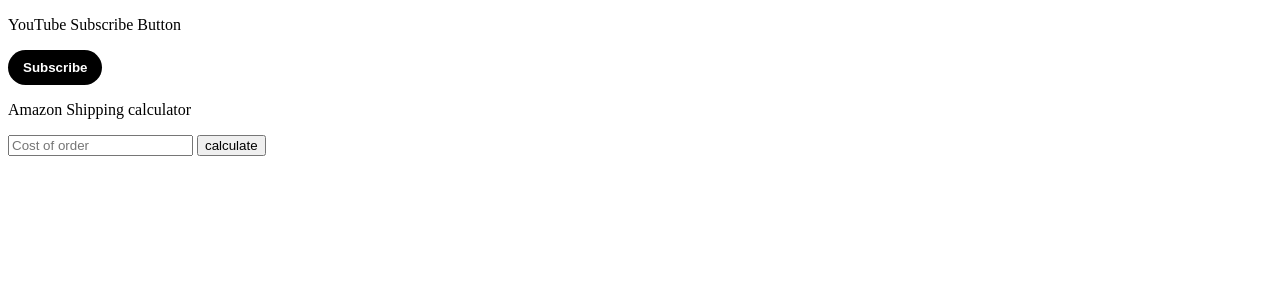
Repository: Samkiroko/Javascript-course
Page: 10-dom-project copy.html
These files come from the project's save history. The page is drawn as it stood at one moment and after the next save; the edit follows.
The browser window is 1280 px wide. The pictures show the whole page.

Above is the page before, as saved 2023-08-28 10:06:45.

After the next save:
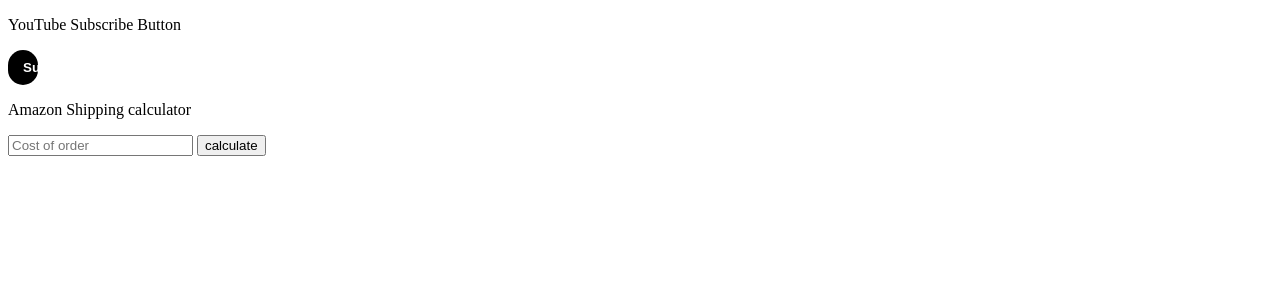
Saved 38 s later.
--- a/10-dom-project copy.html
+++ b/10-dom-project copy.html
@@ -16,7 +16,7 @@
         font-weight: bold;
         border-radius: 50px;
         cursor: pointer;
-        width: auto;
+        width: 20px;
       }
       .is-subscribed {
         background-color: grey;

After the save that followed:
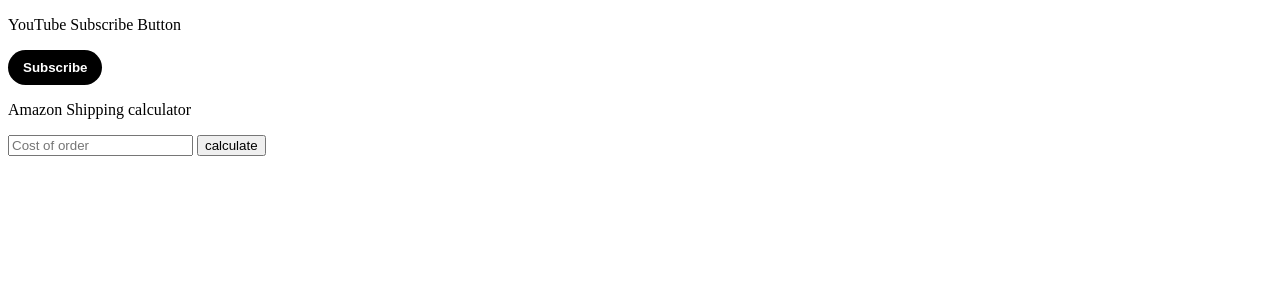
Saved 13 s later.
--- a/10-dom-project copy.html
+++ b/10-dom-project copy.html
@@ -16,7 +16,6 @@
         font-weight: bold;
         border-radius: 50px;
         cursor: pointer;
-        width: 20px;
       }
       .is-subscribed {
         background-color: grey;
